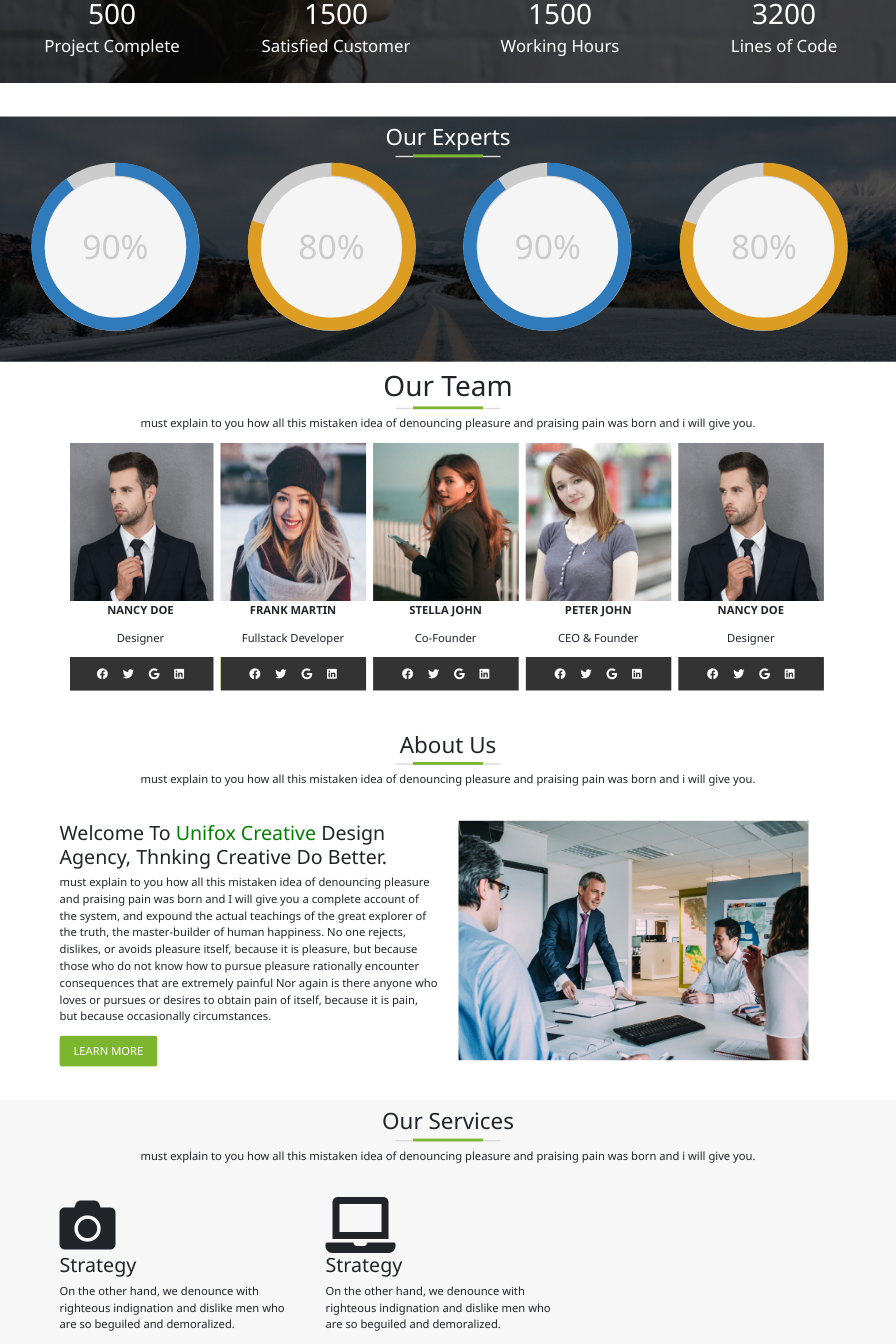
Repository: ibrkhalil/Uniforce-First-Attempt
Page: index.html
These files come from the project's save history. The page is drawn as it stood at one moment and after the next save; the edit follows.
The browser window is 1280 px wide. The pictures show the part of the page from y = 901 to 2821 px (the page is 2821 px tall before and 2789 px after), at 70% of full size.
Backgrounds fixed to the window are drawn as part of the page.

Above is the page before, as saved 2021-01-24 02:43:00.

After the next save:
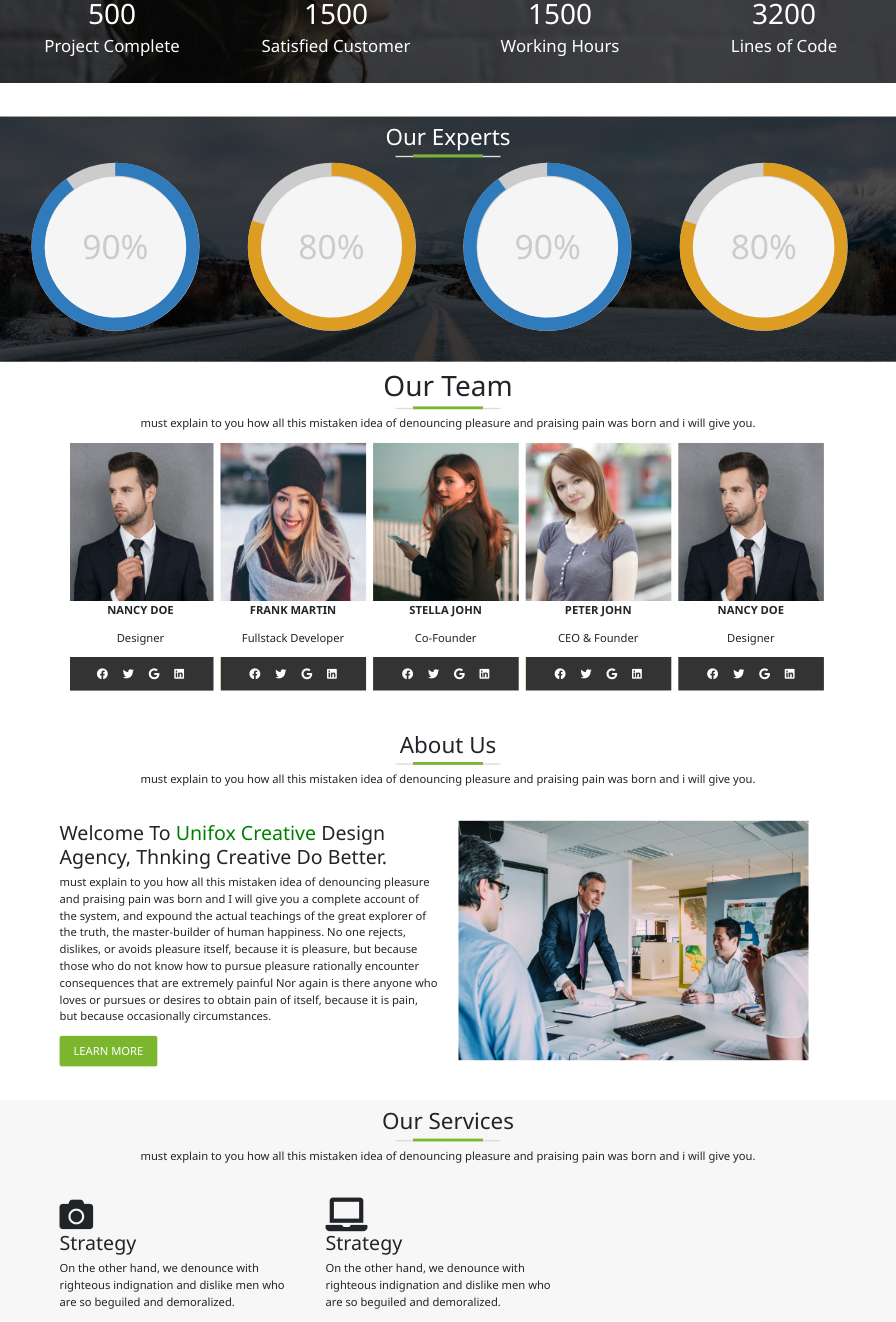
Saved 15 s later.
--- a/index.html
+++ b/index.html
@@ -298,12 +298,12 @@
                         <p class="aligny-center mb-5">must explain to you how all this mistaken idea of denouncing pleasure and praising pain was born and i will give you.</p>
                         <div class="row">
                             <div class="col-md-4">
-                                <i class="fa fa-camera fa-5x"></i>
+                                <i class="fa fa-camera fa-3x"></i>
                                 <h3>Strategy</h3>
                                 <p>On the other hand, we denounce with righteous indignation and dislike men who are so beguiled and demoralized.</p>
                             </div>
                             <div class="col-md-4">
-                                <i class="fa fa-laptop fa-5x"></i>
+                                <i class="fa fa-laptop fa-3x"></i>
                                 <h3>Strategy</h3>
                                 <p>On the other hand, we denounce with righteous indignation and dislike men who are so beguiled and demoralized.</p>
                             </div>
